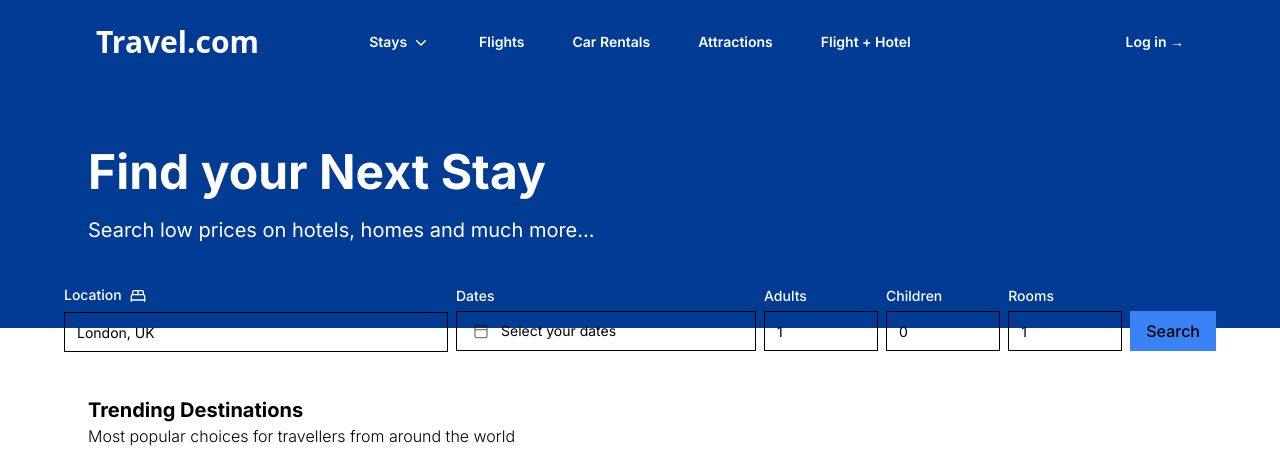
Repository: Qu4ntumGuy/booking
Page: /
These files come from the project's save history. The page is drawn as it stood at one moment and after the next save; the edit follows.
The browser window is 1280 px wide. The pictures show the part of the page from y = 0 to 468 px (the page is 920 px tall).
Pictures or frames that could not be fetched are drawn as grey boxes. The project was rebuilt for these pictures with package versions that can differ from the ones it lists, and the page was loaded fresh each time. The framework's server and built-in components were replaced by stand-ins that run in the browser. Also part of the build but not shown: next.config.mjs, components/ui/calendar.tsx.

Above is the page before, as saved 2024-07-03 16:24:00.

### app/layout.tsx
import type { Metadata } from "next";
import { Inter } from "next/font/google";
import "./globals.css";
import Header from "@/components/Header";

const inter = Inter({ subsets: ["latin"] });

export const metadata: Metadata = {
  title: "Travel-App",
  description: "Generated by create next app",
};

export default function RootLayout({
  children,
}: Readonly<{
  children: React.ReactNode;
}>) {
  return (
    <html lang="en">
      <body className={inter.className}>
      <Header />

        {children}</body>
    </html>
  );
}

### app/page.tsx
import Image from "next/image";
import { trending_data } from "@/data/trending";
import SearchForm from "@/components/SearchForm";

export default function Home() {
  return (
    <main className="">
      <section className="bg-[#013B94]">
        <div className="max-w-6xl mx-auto py-16 p-6">
          <h2 className="font-bold text-5xl text-white">Find your Next Stay</h2>
          <h3 className="text-white py-5 text-xl">
            Search low prices on hotels, homes and much more...
          </h3>
        </div>
      </section>

      <section className="bg-[#013B94] lg:bg-inherit -mb-5 lg:mb-0 lg:-mt-10 px-2 lg:px-4">
        <SearchForm />
      </section>
      <section className="mx-auto mb-10 max-w-6xl p-6 bg-white rounded-t-lg">
        <div className="pt-5">
          <h3 className="text-xl font-bold">Trending Destinations</h3>
          <p className="font-light">
            Most popular choices for travellers from around the world
          </p>
        </div>

        <div className="flex space-x-4 py-5 overflow-x-scroll">
          {trending_data.map((item) => (
            <div key={item.id} className="space-y-1 shrink-0 cursor-pointer">
              <img
                key={item.id}
                className="w-80 h-72 object-cover rounded-lg pb-2"
                src={item.src}
                alt=""
              />

              <p className="font-bold">{item.title}</p>
              <p className="">{item.location}</p>
              <p className="font-light text-sm">{item.description}</p>
            </div>
          ))}
        </div>
      </section>
    </main>
  );
}

### data/trending.ts
export const trending_data = [
    {
      id: 1,
      src: "https://r-xx.bstatic.com/xdata/images/city/526x420/977220.jpg?k=ee4b7b42c35b8cbf09c8ddb7630092b40cd706fec153c41904ed6e252a883938&o=",
      title: "Dubai",
      location: "United Arab Emirates",
      description: "15 Deals",
    },
    {
      id: 2,
      src: "https://cf.bstatic.com/xdata/images/xphoto/540x405/288594543.webp?k=7a96a2b4190146f63068bd0604a916c0c885c4899a527e24a9b39487d4ae50b8&o=",
      title: "South Korea",
      location: "Asia",
      description: "32 Deals",
    },
    {
      id: 3,
      src: "https://cf.bstatic.com/xdata/images/xphoto/540x405/289320924.webp?k=99a00f2907495aaeb6396695c053e3d8b95fb05619b10e76c89fb1f7d1fec427&o=",
      title: "London",
      location: "United Kingdom",
      description: "45 Deals",
    },
    {
      id: 4,
      src: "https://cf.bstatic.com/xdata/images/xphoto/540x405/290483794.webp?k=916f7bac0ccdb08efcb269ad29cc10816ab66cd1671359066d23d32fb17b5c39&o=",
      title: "Singapore",
      location: "Asia",
      description: "88 Deals",
    },
    {
      id: 5,
      src: "https://cf.bstatic.com/xdata/images/xphoto/540x405/173724501.webp?k=5e8a2353c6cd4efef3c5f992ea36d65598c52f2662d45cedc460d1a6a759109f&o=",
      title: "New York City",
      location: "United States of America",
      description: "92 Deals",
    },
  ];

### components/SearchForm.tsx
"use client";
import { useRouter } from "next/navigation";
import { useForm } from "react-hook-form";
import { zodResolver } from "@hookform/resolvers/zod";
import * as z from "zod";
import { Button } from "@/components/ui/button";
import { BedDoubleIcon, CalendarIcon } from "lucide-react";
import { Popover, PopoverContent, PopoverTrigger } from "./ui/popover";
import { format } from "date-fns";
import {
  Form,
  FormControl,
  FormDescription,
  FormField,
  FormItem,
  FormLabel,
  FormMessage,
} from "@/components/ui/form";
import { Input } from "@/components/ui/input";
import { Calendar } from "./ui/calendar";
import { cn } from "@/lib/utils";

export const formSchema = z.object({
  location: z.string().min(2).max(50),
  dates: z.object({
    from: z.date(),
    to: z.date(),
  }),
  adults: z
    .string()
    .min(1, {
      message: "Please select at least 1 adult",
    })
    .max(12, { message: "Max 12 adults Occupancy" }),
  children: z.string().min(0).max(12, {
    message: "Max 12 children Occupancy",
  }),
  rooms: z.string().min(1, {
    message: "Please select at least 1 room",
  }),
});

function SearchForm() {
  const router = useRouter();
  const form = useForm<z.infer<typeof formSchema>>({
    resolver: zodResolver(formSchema),
    defaultValues: {
      location: "",
      dates: {
        from: undefined,
        to: undefined,
      },
      adults: "1",
      children: "0",
      rooms: "1",
    },
  });

  function onSubmit(values: z.infer<typeof formSchema>) {
    console.log(values);

    const checkin_monthday = values.dates.from.getDate().toString();
    const checkin_month = (values.dates.from.getMonth() + 1).toString();
    const checkin_year = values.dates.from.getFullYear().toString();
    const checkout_monthday = values.dates.to.getDate().toString();
    const checkout_month = (values.dates.to.getMonth() + 1).toString();
    const checkout_year = values.dates.to.getFullYear().toString();

    const checkin = `${checkin_year}-${checkin_month}-${checkin_monthday}`;
    const checkout = `${checkout_year}-${checkout_month}-${checkout_monthday}`;

    const url = new URL("https://www.booking.com/searchresults.html");
    url.searchParams.set("ss", values.location);
    url.searchParams.set("group_adults", values.adults);
    url.searchParams.set("group_children", values.children);
    url.searchParams.set("no_rooms", values.rooms);
    url.searchParams.set("checkin", checkin);
    url.searchParams.set("checkout", checkout);

    router.push(`/search?url=${url.href}`);
  }

  return (
    <Form {...form}>
      <form
        onSubmit={form.handleSubmit(onSubmit)}
        className="flex flex-col lg:flex-row lg:max-w-6xl lg:mx-auto items-center justify-center space-x-0 lg:space-x-2 space-y-4 lg:space-y-0 rounded-lg"
      >
        <div className="grid w-full lg:max-w-sm items-center gap-1.5">
          <FormField
            control={form.control}
            name="location"
            render={({ field }) => (
              <FormItem>
                <FormLabel className="text-white flex">
                  Location
                  <BedDoubleIcon className="ml-2 h-4 w-4 text-white" />
                </FormLabel>

                <FormControl>
                  <Input placeholder="London, UK" {...field} />
                </FormControl>
                <FormMessage />
              </FormItem>
            )}
          />
        </div>

        <div className="grid w-full lg:max-w-sm flex-1 items-center gap-1.5">
          <FormField
            control={form.control}
            name="dates"
            render={({ field }) => (
              <FormItem className="flex flex-col">
                <FormLabel className="text-white">Dates</FormLabel>

                <Popover>
                  <PopoverTrigger asChild>
                    <FormControl>
                      <Button
                        id="date"
                        name="dates"
                        variant={"outline"}
                        className={cn(
                          "w-full lg:w-[300px] justify-start text-left font-normal",
                          !field.value.from && "text-muted-foreground"
                        )}
                      >
                        <CalendarIcon className="mr-3 h-4 w-4 opacity-50" />
                        {field.value?.from ? (
                          field.value?.to ? (
                            <>
                              {format(field.value?.from, "LLL dd, y")} -{" "}
                              {format(field.value?.to, "LLL dd, y")}
                            </>
                          ) : (
                            format(field.value?.from, "LLL dd, y")
                          )
                        ) : (
                          <span>Select your dates</span>
                        )}
                      </Button>
                    </FormControl>
                  </PopoverTrigger>
                  <PopoverContent className="w-auto p-0" align="start">
                    <Calendar
                      initialFocus
                      mode="range"
                      selected={field.value}
                      defaultMonth={field.value.from}
                      onSelect={field.onChange}
                      numberOfMonths={2}
                      disabled={(date) =>
                        date < new Date(new Date().setHours(0, 0, 0, 0))
                      }
                    />
                  </PopoverContent>
                </Popover>
                <FormMessage />
              </FormItem>
            )}
          />
        </div>
        <div className="flex w-full items-center space-x-2">
          <div className="grid items-center flex-1">
            <FormField
              control={form.control}
              name="adults"
              render={({ field }) => (
                <FormItem className="flex flex-col">
                  <FormLabel className="text-white">Adults</FormLabel>
                  <FormMessage />
                  <FormControl>
                    <Input type="number" placeholder="Adults" {...field} />
                  </FormControl>
                </FormItem>
              )}
            />
          </div>

          <div className="grid items-center flex-1">
            <FormField
              control={form.control}
              name="children"
              render={({ field }) => (
                <FormItem className="flex flex-col">
                  <FormLabel className="text-white">Children</FormLabel>
                  <FormMessage />
                  <FormControl>
                    <Input type="number" placeholder="Children" {...field} />
                  </FormControl>
                </FormItem>
              )}
            />
          </div>

          <div className="grid items-center flex-1">
            <FormField
              control={form.control}
              name="rooms"
              render={({ field }) => (
                <FormItem className="flex flex-col">
                  <FormLabel className="text-white">Rooms</FormLabel>
                  <FormMessage />
                  <FormControl>
                    <Input type="number" placeholder="rooms" {...field} />
                  </FormControl>
                </FormItem>
              )}
            />
          </div>

          <div className="mt-auto">
            <Button type="submit" className="bg-blue-500 text-base">
              Search
            </Button>
          </div>
        </div>
      </form>
    </Form>
  );
}

export default SearchForm;

### components/ui/button.tsx
import * as React from "react"
import { Slot } from "@radix-ui/react-slot"
import { cva, type VariantProps } from "class-variance-authority"

import { cn } from "@/lib/utils"

const buttonVariants = cva(
  "inline-flex items-center justify-center whitespace-nowrap rounded-md text-sm font-medium ring-offset-background transition-colors focus-visible:outline-none focus-visible:ring-2 focus-visible:ring-ring focus-visible:ring-offset-2 disabled:pointer-events-none disabled:opacity-50",
  {
    variants: {
      variant: {
        default: "bg-primary text-primary-foreground hover:bg-primary/90",
        destructive:
          "bg-destructive text-destructive-foreground hover:bg-destructive/90",
        outline:
          "border border-input bg-background hover:bg-accent hover:text-accent-foreground",
        secondary:
          "bg-secondary text-secondary-foreground hover:bg-secondary/80",
        ghost: "hover:bg-accent hover:text-accent-foreground",
        link: "text-primary underline-offset-4 hover:underline",
      },
      size: {
        default: "h-10 px-4 py-2",
        sm: "h-9 rounded-md px-3",
        lg: "h-11 rounded-md px-8",
        icon: "h-10 w-10",
      },
    },
    defaultVariants: {
      variant: "default",
      size: "default",
    },
  }
)

export interface ButtonProps
  extends React.ButtonHTMLAttributes<HTMLButtonElement>,
    VariantProps<typeof buttonVariants> {
  asChild?: boolean
}

const Button = React.forwardRef<HTMLButtonElement, ButtonProps>(
  ({ className, variant, size, asChild = false, ...props }, ref) => {
    const Comp = asChild ? Slot : "button"
    return (
      <Comp
        className={cn(buttonVariants({ variant, size, className }))}
        ref={ref}
        {...props}
      />
    )
  }
)
Button.displayName = "Button"

export { Button, buttonVariants }

### components/ui/popover.tsx
"use client"

import * as React from "react"
import * as PopoverPrimitive from "@radix-ui/react-popover"

import { cn } from "@/lib/utils"

const Popover = PopoverPrimitive.Root

const PopoverTrigger = PopoverPrimitive.Trigger

const PopoverContent = React.forwardRef<
  React.ElementRef<typeof PopoverPrimitive.Content>,
  React.ComponentPropsWithoutRef<typeof PopoverPrimitive.Content>
>(({ className, align = "center", sideOffset = 4, ...props }, ref) => (
  <PopoverPrimitive.Portal>
    <PopoverPrimitive.Content
      ref={ref}
      align={align}
      sideOffset={sideOffset}
      className={cn(
        "z-50 w-72 rounded-md border bg-popover p-4 text-popover-foreground shadow-md outline-none data-[state=open]:animate-in data-[state=closed]:animate-out data-[state=closed]:fade-out-0 data-[state=open]:fade-in-0 data-[state=closed]:zoom-out-95 data-[state=open]:zoom-in-95 data-[side=bottom]:slide-in-from-top-2 data-[side=left]:slide-in-from-right-2 data-[side=right]:slide-in-from-left-2 data-[side=top]:slide-in-from-bottom-2",
        className
      )}
      {...props}
    />
  </PopoverPrimitive.Portal>
))
PopoverContent.displayName = PopoverPrimitive.Content.displayName

export { Popover, PopoverTrigger, PopoverContent }

### components/ui/form.tsx
import * as React from "react"
import * as LabelPrimitive from "@radix-ui/react-label"
import { Slot } from "@radix-ui/react-slot"
import {
  Controller,
  ControllerProps,
  FieldPath,
  FieldValues,
  FormProvider,
  useFormContext,
} from "react-hook-form"

import { cn } from "@/lib/utils"
import { Label } from "@/components/ui/label"

const Form = FormProvider

type FormFieldContextValue<
  TFieldValues extends FieldValues = FieldValues,
  TName extends FieldPath<TFieldValues> = FieldPath<TFieldValues>
> = {
  name: TName
}

const FormFieldContext = React.createContext<FormFieldContextValue>(
  {} as FormFieldContextValue
)

const FormField = <
  TFieldValues extends FieldValues = FieldValues,
  TName extends FieldPath<TFieldValues> = FieldPath<TFieldValues>
>({
  ...props
}: ControllerProps<TFieldValues, TName>) => {
  return (
    <FormFieldContext.Provider value={{ name: props.name }}>
      <Controller {...props} />
    </FormFieldContext.Provider>
  )
}

const useFormField = () => {
  const fieldContext = React.useContext(FormFieldContext)
  const itemContext = React.useContext(FormItemContext)
  const { getFieldState, formState } = useFormContext()

  const fieldState = getFieldState(fieldContext.name, formState)

  if (!fieldContext) {
    throw new Error("useFormField should be used within <FormField>")
  }

  const { id } = itemContext

  return {
    id,
    name: fieldContext.name,
    formItemId: `${id}-form-item`,
    formDescriptionId: `${id}-form-item-description`,
    formMessageId: `${id}-form-item-message`,
    ...fieldState,
  }
}

type FormItemContextValue = {
  id: string
}

const FormItemContext = React.createContext<FormItemContextValue>(
  {} as FormItemContextValue
)

const FormItem = React.forwardRef<
  HTMLDivElement,
  React.HTMLAttributes<HTMLDivElement>
>(({ className, ...props }, ref) => {
  const id = React.useId()

  return (
    <FormItemContext.Provider value={{ id }}>
      <div ref={ref} className={cn("space-y-2", className)} {...props} />
    </FormItemContext.Provider>
  )
})
FormItem.displayName = "FormItem"

const FormLabel = React.forwardRef<
  React.ElementRef<typeof LabelPrimitive.Root>,
  React.ComponentPropsWithoutRef<typeof LabelPrimitive.Root>
>(({ className, ...props }, ref) => {
  const { error, formItemId } = useFormField()

  return (
    <Label
      ref={ref}
      className={cn(error && "text-destructive", className)}
      htmlFor={formItemId}
      {...props}
    />
  )
})
FormLabel.displayName = "FormLabel"

const FormControl = React.forwardRef<
  React.ElementRef<typeof Slot>,
  React.ComponentPropsWithoutRef<typeof Slot>
>(({ ...props }, ref) => {
  const { error, formItemId, formDescriptionId, formMessageId } = useFormField()

  return (
    <Slot
      ref={ref}
      id={formItemId}
      aria-describedby={
        !error
          ? `${formDescriptionId}`
          : `${formDescriptionId} ${formMessageId}`
      }
      aria-invalid={!!error}
      {...props}
    />
  )
})
FormControl.displayName = "FormControl"

const FormDescription = React.forwardRef<
  HTMLParagraphElement,
  React.HTMLAttributes<HTMLParagraphElement>
>(({ className, ...props }, ref) => {
  const { formDescriptionId } = useFormField()

  return (
    <p
      ref={ref}
      id={formDescriptionId}
      className={cn("text-sm text-muted-foreground", className)}
      {...props}
    />
  )
})
FormDescription.displayName = "FormDescription"

const FormMessage = React.forwardRef<
  HTMLParagraphElement,
  React.HTMLAttributes<HTMLParagraphElement>
>(({ className, children, ...props }, ref) => {
  const { error, formMessageId } = useFormField()
  const body = error ? String(error?.message) : children

  if (!body) {
    return null
  }

  return (
    <p
      ref={ref}
      id={formMessageId}
      className={cn("text-sm font-medium text-destructive", className)}
      {...props}
    >
      {body}
    </p>
  )
})
FormMessage.displayName = "FormMessage"

export {
  useFormField,
  Form,
  FormItem,
  FormLabel,
  FormControl,
  FormDescription,
  FormMessage,
  FormField,
}

### components/ui/input.tsx
import * as React from "react"

import { cn } from "@/lib/utils"

export interface InputProps
  extends React.InputHTMLAttributes<HTMLInputElement> {}

const Input = React.forwardRef<HTMLInputElement, InputProps>(
  ({ className, type, ...props }, ref) => {
    return (
      <input
        type={type}
        className={cn(
          "flex h-10 w-full rounded-md border border-input bg-background px-3 py-2 text-sm ring-offset-background file:border-0 file:bg-transparent file:text-sm file:font-medium placeholder:text-muted-foreground focus-visible:outline-none focus-visible:ring-2 focus-visible:ring-ring focus-visible:ring-offset-2 disabled:cursor-not-allowed disabled:opacity-50",
          className
        )}
        ref={ref}
        {...props}
      />
    )
  }
)
Input.displayName = "Input"

export { Input }

### components/ui/label.tsx
"use client"

import * as React from "react"
import * as LabelPrimitive from "@radix-ui/react-label"
import { cva, type VariantProps } from "class-variance-authority"

import { cn } from "@/lib/utils"

const labelVariants = cva(
  "text-sm font-medium leading-none peer-disabled:cursor-not-allowed peer-disabled:opacity-70"
)

const Label = React.forwardRef<
  React.ElementRef<typeof LabelPrimitive.Root>,
  React.ComponentPropsWithoutRef<typeof LabelPrimitive.Root> &
    VariantProps<typeof labelVariants>
>(({ className, ...props }, ref) => (
  <LabelPrimitive.Root
    ref={ref}
    className={cn(labelVariants(), className)}
    {...props}
  />
))
Label.displayName = LabelPrimitive.Root.displayName

export { Label }

Loaded but not shown: app/globals.css (common file); lib/utils.ts (common file); tailwind.config.ts (common file); components/Header.tsx (267 lines, source omitted)

After the next save:
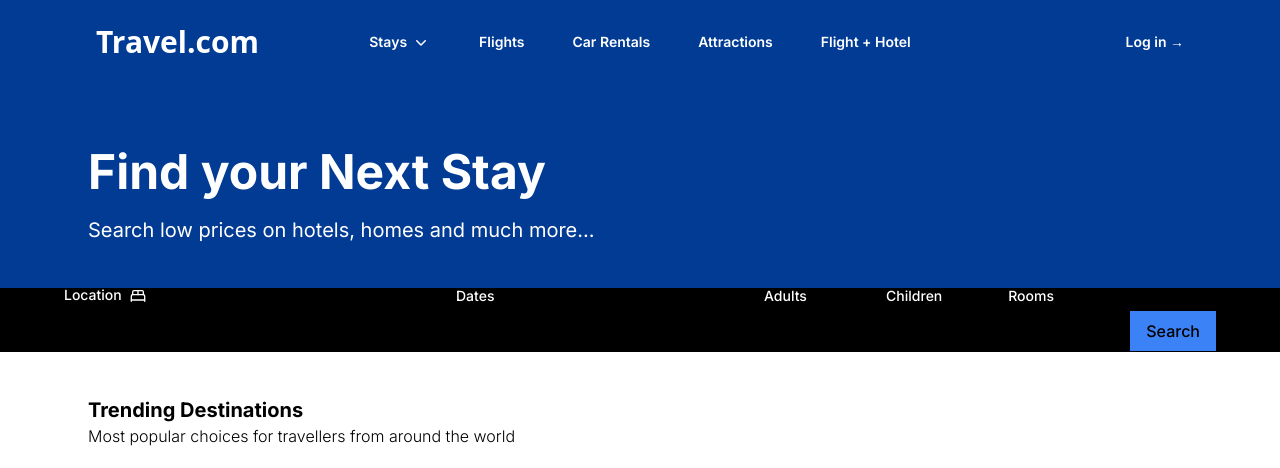
Saved 4 min 10 s later.
--- a/app/page.tsx
+++ b/app/page.tsx
@@ -14,7 +14,7 @@ export default function Home() {
         </div>
       </section>
 
-      <section className="bg-[#013B94] lg:bg-inherit -mb-5 lg:mb-0 lg:-mt-10 px-2 lg:px-4">
+      <section className="bg-[#013B94] lg:bg-current -mb-5 lg:mb-0 lg:-mt-10 px-2 lg:px-4">
         <SearchForm />
       </section>
       <section className="mx-auto mb-10 max-w-6xl p-6 bg-white rounded-t-lg">
